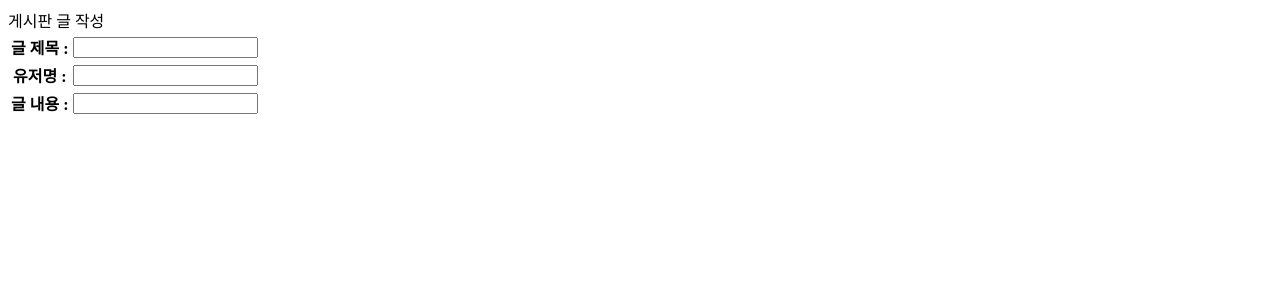
Repository: Up-Min/hrdkorea
Page: http://localhost/JSP_Board/boardWrite.jsp
An editor plug-in stored every save of this project. The page is shown before and after the next save, followed by the edit.
The browser window is 1280 px wide. The pictures show the whole page.
The page is served by Tomcat 9. Other server files are loaded and not shown.

Above is the page before, as saved 2022-12-25 12:38:05.

### JSP_Board/src/main/webapp/boardWrite.jsp
<%@ page language="java" contentType="text/html; charset=UTF-8"
    pageEncoding="UTF-8"%>
    <%@ taglib uri = "http://java.sun.com/jsp/jstl/core" prefix="c" %>
<!DOCTYPE html>
<html>
<head>
<meta charset="UTF-8">
<title>Insert title here</title>
</head>
<body>

		<div>
			<header> 게시판 글 작성 </header>
		</div>
		<div>
			<form action="insert">
				<section>
				 <table>
				 	<tr>
				 	<th> 글 제목 : </th>
				 	<td> <input type = "text" name = "b_name"> </td>
				 	</tr>
				 	<tr>
				 	<th> 유저명 : </th>
				 	<td> <input type = "text" name = "u_name"> </td>
				 	</tr>
				 	<tr>
				 	<th> 글 내용 : </th>
				 	<td> <input type = "text" name = "b_content"> </td>
				 	</tr>



				 </table>
				</section>
			</form>
		</div>



</body>
</html>

After the next save:
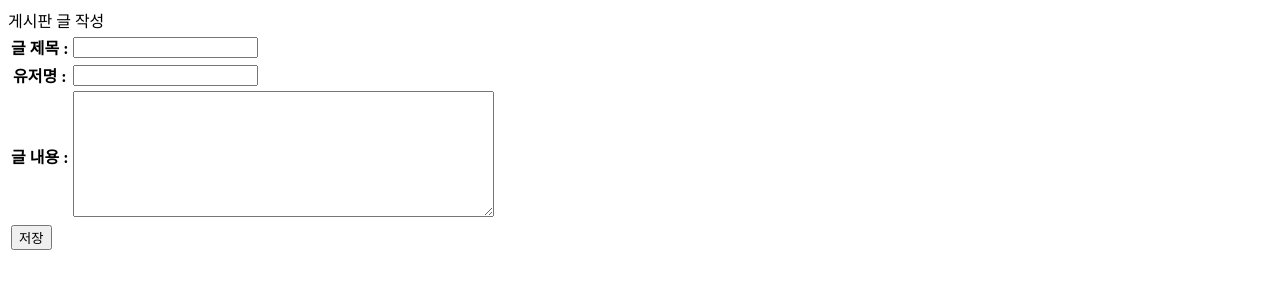
Saved 2 min 20 s later.
--- a/JSP_Board/src/main/webapp/boardWrite.jsp
+++ b/JSP_Board/src/main/webapp/boardWrite.jsp
@@ -26,9 +26,13 @@
 				 	</tr>
 				 	<tr>
 				 	<th> 글 내용 : </th>
-				 	<td> <input type = "text" name = "b_content"> </td>
+				 	<td> <textarea rows="8" cols="50" name = "b_content"></textarea> </td>
 				 	</tr>
-
+				 	<tr>
+				 	<td colspan="1">
+				 		<button type = "submit"> 저장 </button>
+				 	</td>
+				 	</tr>
 
 
 				 </table>
